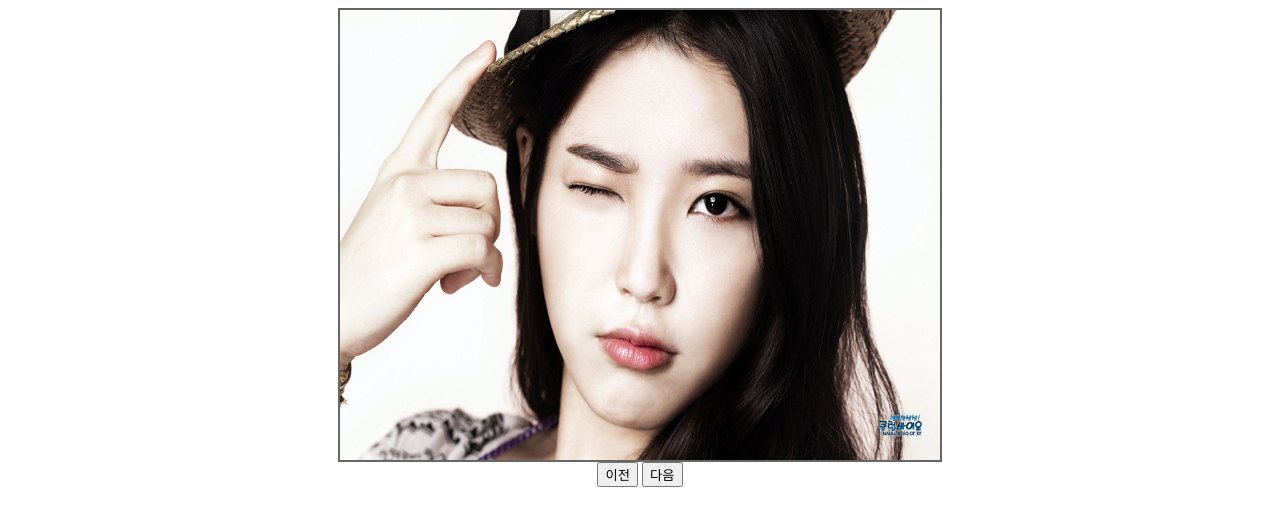
Repository: bluegony/spring_study
Page: jquerytest/src/main/webapp/jquery7.html
These files come from the project's save history. The page is drawn as it stood at one moment and after the next save; the edit follows.
The browser window is 1280 px wide. The pictures show the whole page.
Some web libraries are served in a nearby version.

Above is the page before, as saved 2013-09-04 08:25:52.

### jquerytest/src/main/webapp/jquery7.html

<!DOCTYPE html>
<html>
<head>
<meta charset="UTF-8">

<title>슬라이드쇼</title>
<script type="text/javascript"
	src="http://code.jquery.com/jquery-1.6.4.min.js"></script>
<style type="text/css">
<!--
#display {
	margin: 0 auto 0 auto;
	height: 450px;
	width: 600px;
	border: 2px solid #666;
}

#display img {
	position: absolute;
	width: 600px;
	height: 450px;
}

#control {
	text-align: center;
}
-->
</style>

<script type="text/javascript">
<!--
	var numOfPhoto = 3; //사진 매수
	var currentPhoto = 1; //현재 사진 번호

	$(function() {
		// 이미지 프리로드
		for ( var i = 1; i <= numOfPhoto; i++) {
			$("<img>").attr("src", "slides/img" + i + ".jpg");
		}

		// 최초의 이미지 표시
		$("#display img").attr("src", "slides/img1.jpg");

		// 다음 이미지 표시
		$("#nextBtn").click(function() {
			if (currentPhoto < numOfPhoto) {
				currentPhoto++;
			} else {
				currentPhoto = 1;
			}
			;
			showImage(currentPhoto);
		});

		// 이전 이미지 표시
		$("#prevBtn").click(function() {
			if (currentPhoto == 1) {
				currentPhoto = numOfPhoto;
			} else {
				currentPhoto--;
			}
			showImage(currentPhoto);
		});

	});

	// 지정한 번호의 이미지 표시
	function showImage(photoNumber) {
		newSlideSrc = "slides/img" + photoNumber + ".jpg"
		// 슬라이드 표시
		$("#display img").attr("src", newSlideSrc);
	}
// -->
</script>


</head>

<body bgcolor="#FFF">

	<div id="display">
		<img src="slides/loading.jpg">
	</div>

	<div id="control">
		<input type="button" id="prevBtn" value="이전"> <input
			type="button" id="nextBtn" value="다음">
	</div>

</body>
</html>

After the next save:
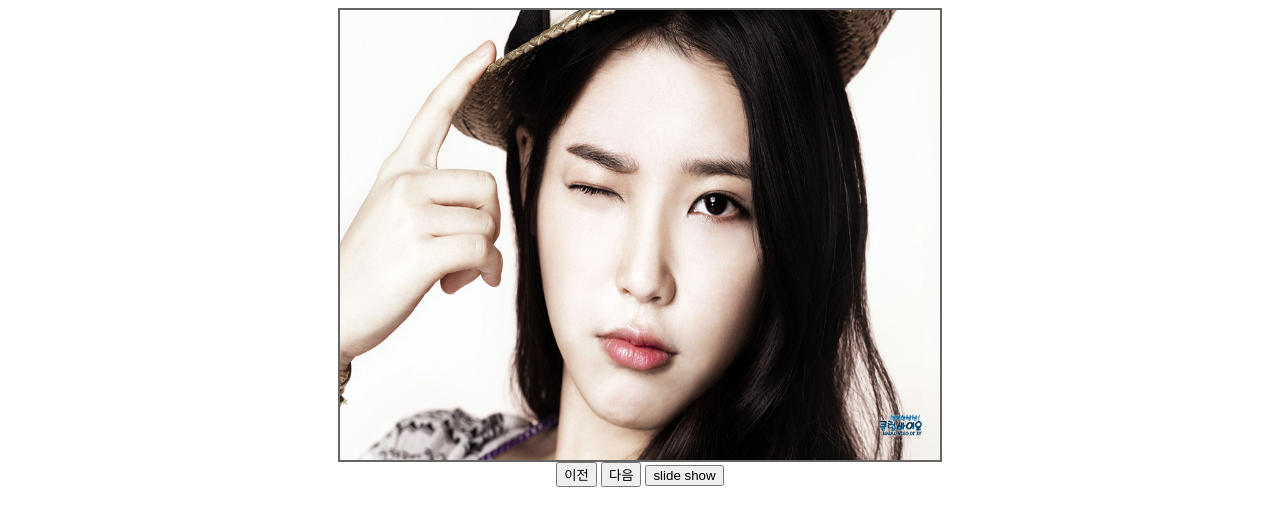
Saved 5 min 48 s later.
--- a/jquerytest/src/main/webapp/jquery7.html
+++ b/jquerytest/src/main/webapp/jquery7.html
@@ -49,7 +49,6 @@
 			} else {
 				currentPhoto = 1;
 			}
-			;
 			showImage(currentPhoto);
 		});
 
@@ -59,6 +58,18 @@
 				currentPhoto = numOfPhoto;
 			} else {
 				currentPhoto--;
+			}
+			showImage(currentPhoto);
+		});
+
+	});
+
+	$("#slideShow").click(function() {
+		setTimeout(1000,function() {
+			if (currentPhoto < numOfPhoto) {
+				currentPhoto++;
+			} else {
+				currentPhoto = 1;
 			}
 			showImage(currentPhoto);
 		});
@@ -84,8 +95,9 @@
 	</div>
 
 	<div id="control">
-		<input type="button" id="prevBtn" value="이전"> <input
-			type="button" id="nextBtn" value="다음">
+		<input type="button" id="prevBtn" value="이전">
+		 <input type="button" id="nextBtn" value="다음">
+		 <input type="button" id="slideShow" value="slide show">
 	</div>
 
 </body>
